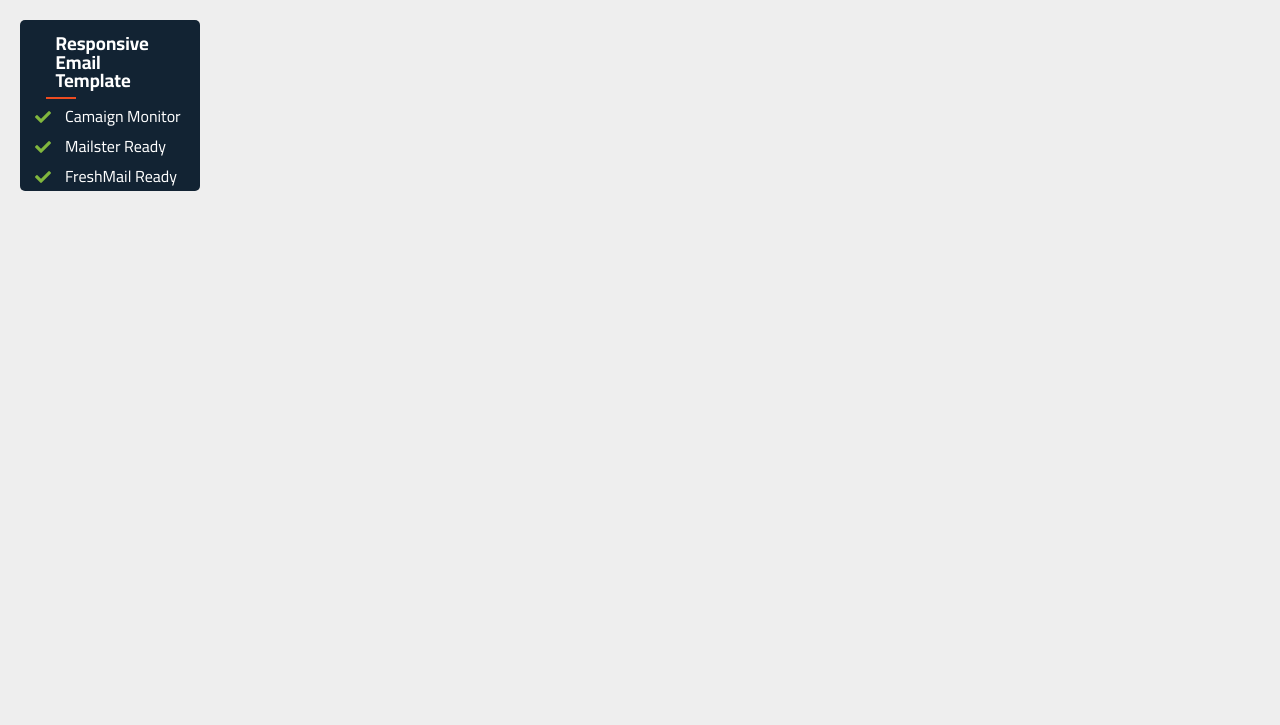
Repository: Z-ayat/Challenges
Page: Challenge 3/index.html
The author's editor kept a copy of each file at every save. The page is drawn from the files as they stood at one save, then again after the next save.
The browser window is 1280 px wide. The pictures show the whole page.

Above is the page before, as saved 2021-09-03 23:36:48.

After the next save:
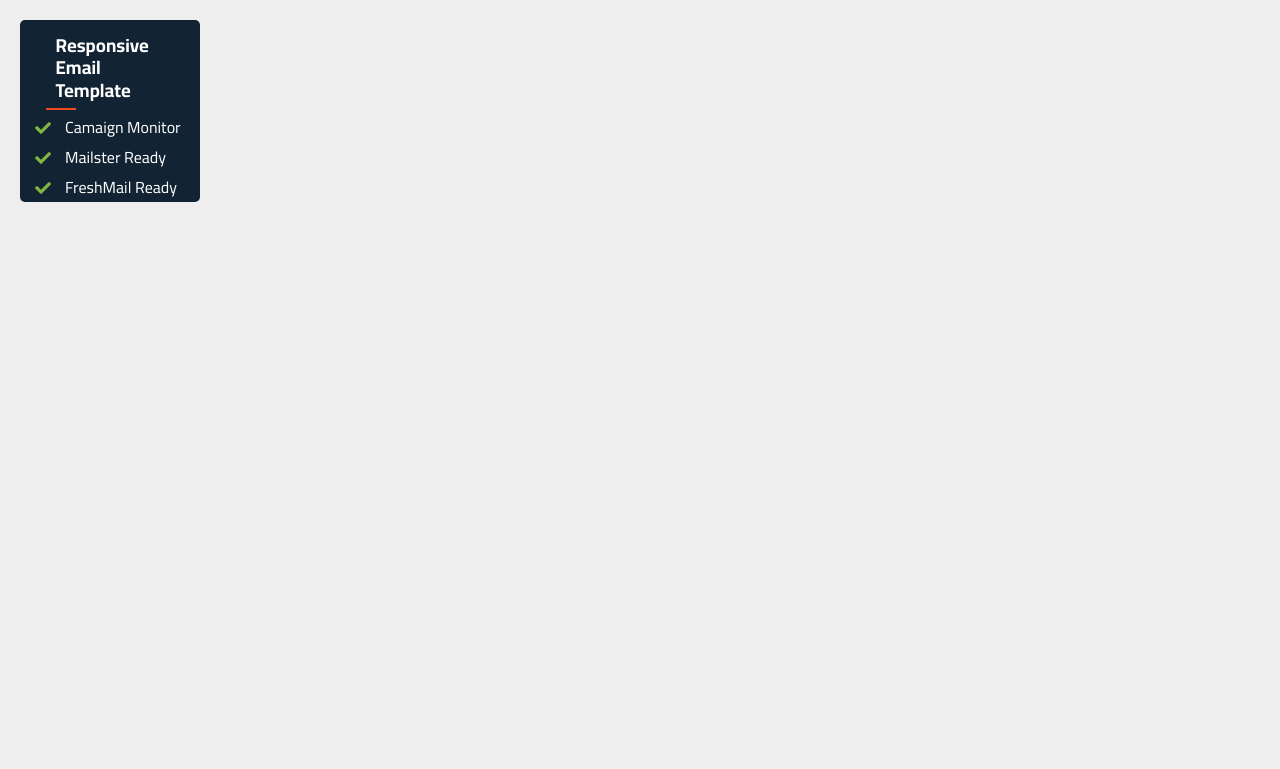
Saved 11 s later.
--- a/Challenge 3/styling/css/master.css
+++ b/Challenge 3/styling/css/master.css
@@ -48,8 +48,7 @@ h3 {
 }
 
 .pop h3 {
-    line-height: 1;
-    white-space: 2;
+    line-height: 1.2;
     position: relative;
     margin: 10px auto;
 }
